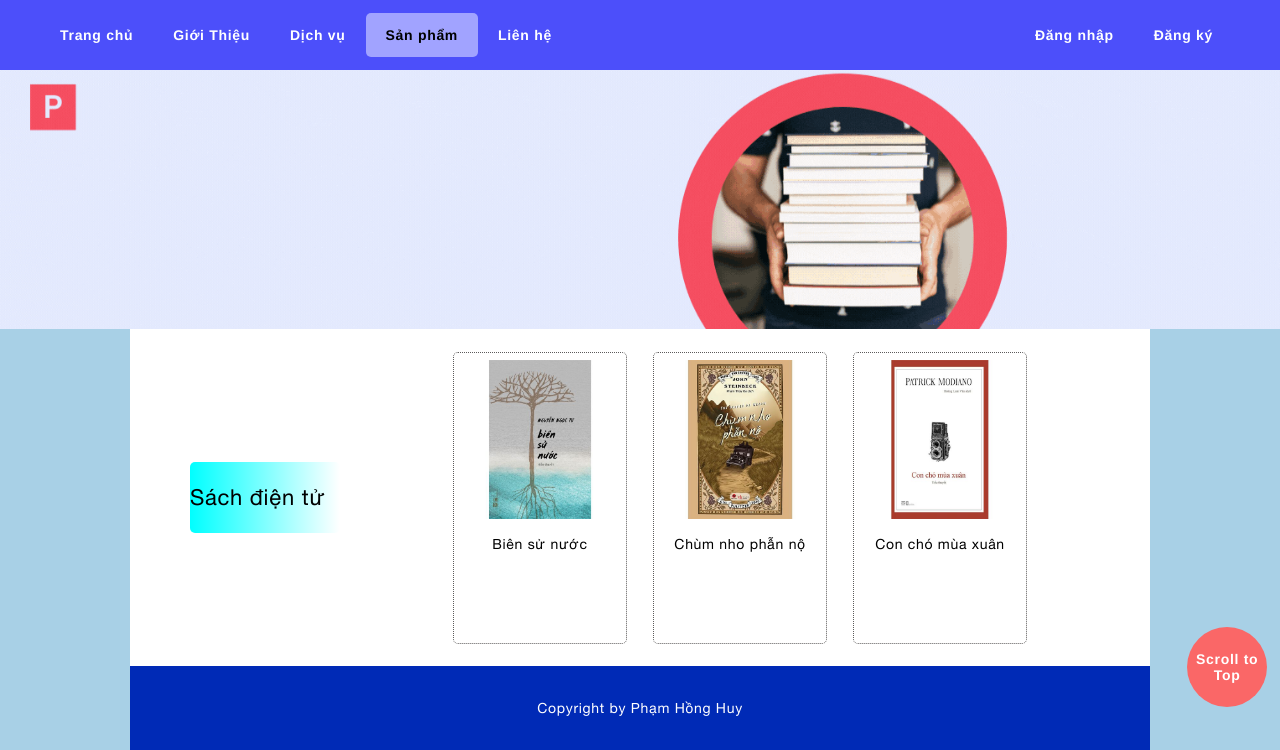
Repository: phamhonghuy/bookstore
Page: product.html
The author's editor kept a copy of each file at every save. The page is drawn from the files as they stood at one save, then again after a run of saves.
The browser window is 1280 px wide. The pictures show the whole page.

Above is the page before, as saved 2021-10-14 23:15:41.

After the next 2 saves:
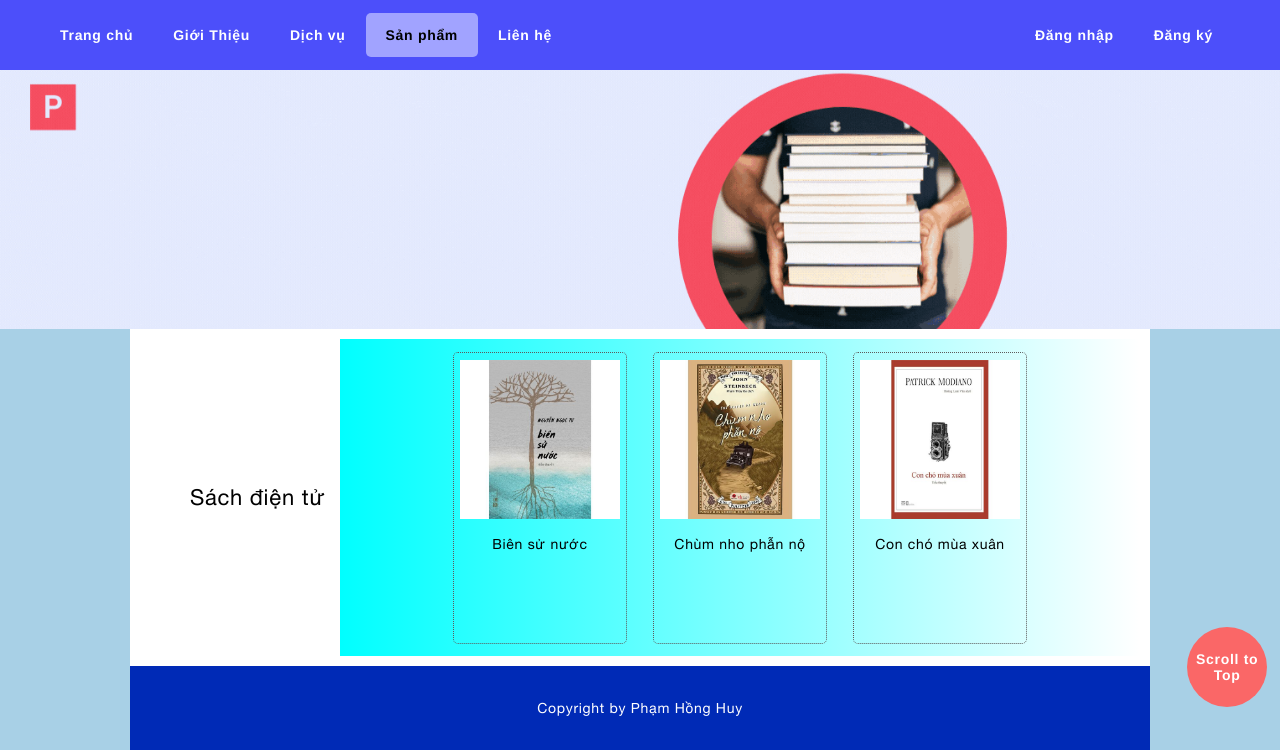
The 2 saves are shown as one change because they came seconds apart.
The last was saved 8 s later.
--- a/css/style.css
+++ b/css/style.css
@@ -257,6 +257,7 @@ div.main-product-container div.product-item {
   background-color: white;
   padding: 0 100px;
   flex-wrap:nowrap;
+  background-image: linear-gradient(to right, aqua,white);
   }
   div.main-product-container div.product-title {
     width: 20%;
@@ -266,7 +267,7 @@ div.main-product-container div.product-item {
     margin-top: auto;
     margin-bottom: auto;
     margin-left: 50px;
-    background-image: linear-gradient(to right, aqua,white);
+
   }
   div.main-product-container div.product-title p {
     font-size: 22px;
